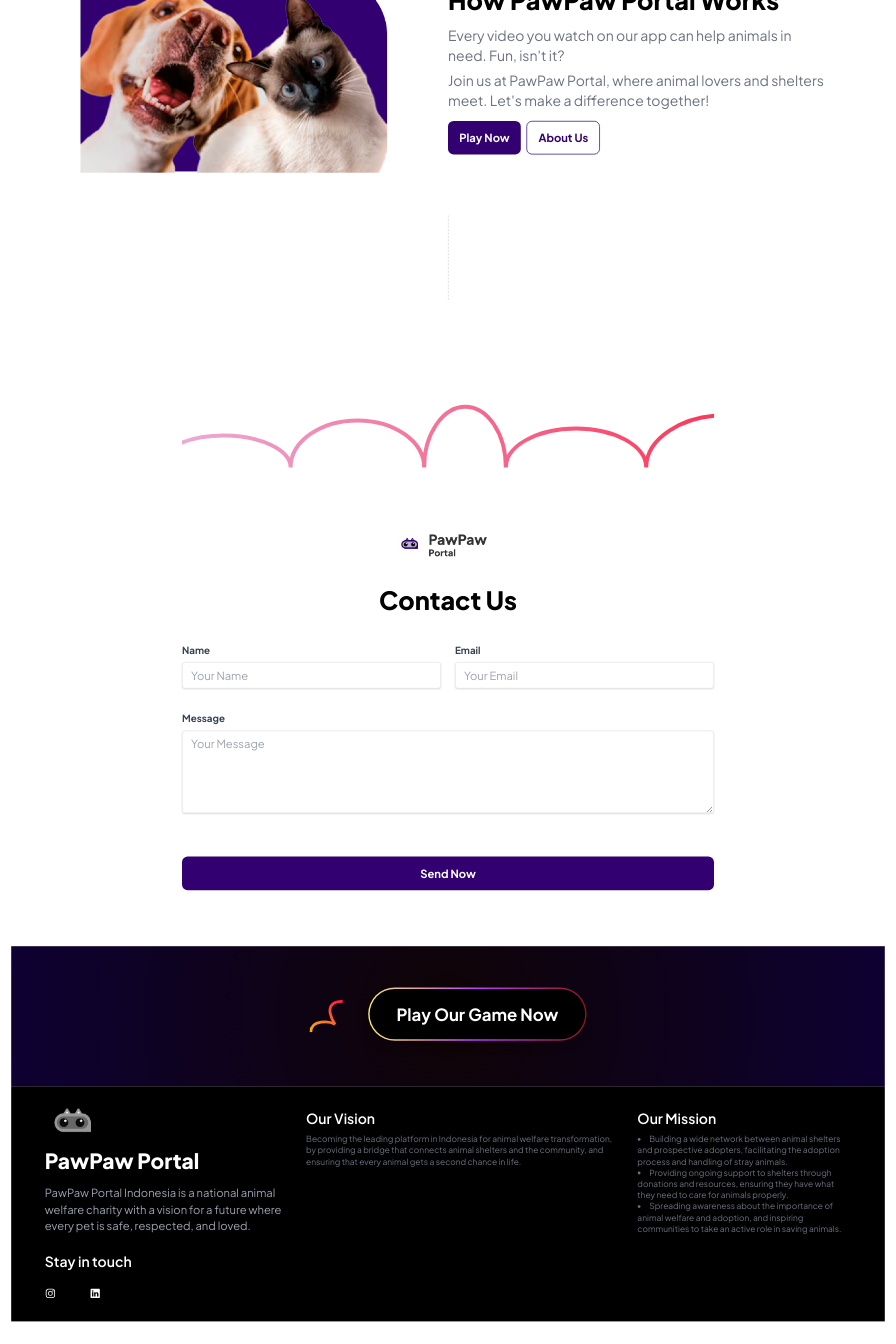
Repository: paskasiregar/pawpawwebsite
Page: /
These files come from the project's save history. The page is drawn as it stood at one moment and after a run of saves; the edit follows.
The browser window is 1280 px wide. The pictures show the part of the page from y = 1314 to 3234 px (the page is 3234 px tall before and 3218 px after), at 70% of full size.
The project was rebuilt for these pictures with package versions that can differ from the ones it lists, and the page was loaded fresh each time. The framework's server and built-in components were replaced by stand-ins that run in the browser. Also part of the build but not shown: next.config.js, next.config.mjs.

Above is the page before, as saved 2024-07-31 14:23:59.

### src/app/layout.js
import { Inter } from "next/font/google";
import "./globals.css";

const inter = Inter({ subsets: ["latin"] });

export const metadata = {
  title: "PawPaw Portal | Your One-Stop Shelter",
  description: "Your One-Stop Shelter",
};

export default function RootLayout({ children }) {
  return (
    <html lang="en">
      <body className={inter.className}>{children}</body>
    </html>
  );
}

### src/app/globals.css
@import url("https://fonts.googleapis.com/css2?family=Plus+Jakarta+Sans:wght@400;600;700;800&display=swap");

@tailwind base;
@tailwind components;
@tailwind utilities;

body {
  font-family: "Plus Jakarta Sans", sans-serif;
}

.hero-bg {
  display: flex;
  background: radial-gradient(
    circle,
    rgb(204, 188, 230) 10%,
    rgb(255, 255, 255) 50%
  );
}

.cta-container {
  display: flex;
  justify-content: center;
  align-items: center;
  position: relative;
  background: radial-gradient(circle, rgb(14, 4, 4) 0%, rgb(14, 1, 51) 100%);
  padding: 20px;
  gap: 20px;
  min-height: 200px;
}

.cta-button {
  display: inline-block;
  padding: 20px 40px;
  font-size: 24px;
  font-weight: bold;
  color: white;
  background: black;
  border-radius: 40px;
  position: relative;
  z-index: 1;
  overflow: hidden;
  transition: all 0.3s ease;
  text-align: center;
}

.cta-button::before {
  content: "";
  position: absolute;
  top: -2px;
  left: -2px;
  right: -2px;
  bottom: -2px;
  background: linear-gradient(
    90deg,
    rgb(255, 244, 97) 0%,
    rgb(187, 61, 255) 50%,
    rgb(142, 23, 23) 100%
  );
  z-index: -1;
  border-radius: inherit;
}

.cta-button::after {
  content: "";
  position: absolute;
  top: 2px;
  left: 2px;
  right: 2px;
  bottom: 2px;
  background: black;
  z-index: -1;
  border-radius: inherit;
}

.cta-button:hover {
  color: rgb(237, 246, 133);
  background: white;
}

.footer-bg {
  background: radial-gradient(circle, rgb(14, 4, 4) 0%, rgb(14, 1, 51) 100%);
  color: white;
  text-align: center;
  padding: 20px;
}

.centeredcontainer {
  width: 100vw;
  height: auto;
}

.main-container {
  width: 100%;
  max-width: 1200px;
  margin: 0 auto;
  padding: 0 20px;
}
.header-content {
  display: flex;
  flex-direction: row;
  align-items: center;
  justify-content: space-between;
}

.header-logo-button {
  display: flex;
  flex-direction: row;
  align-items: center;
  gap: 16px; /* Adjust spacing as needed */
}

html {
  scroll-behavior: smooth;
}

### src/components/contact.jsx
import React from "react";
import PrimaryButton from "@/components/primaryButton";
import NameInput from "./nameInput";
import EmailInput from "./emailInput";
import MessageInput from "./mesageInput";
import Image from "next/image";
import logoHeaderImage from "../assets/banner-10.png";

export const Contact = () => {
  return (
    <div className="font-plus-jakarta flex flex-col items-center justify-center py-16 px-4 md:px-[200px] gap-[40px] text-29xl">
      <div className="flex justify-start items-start">
        <svg
          width="w-auto"
          height="188"
          viewBox="0 0 1620 188"
          fill="none"
          xmlns="http://www.w3.org/2000/svg"
        >
          <path
            d="M1891 188C1891 100.375 1784.67 29.342 1653.5 29.342C1522.34 29.342 1413.53 100.375 1413.53 188C1413.53 122.37 1317.84 69.158 1199.78 69.158C1081.72 69.158 986.029 122.362 986.029 188C986.029 85.8274 930.825 3 862.735 3C794.645 3 737.369 85.8274 737.369 188C737.369 108.853 646.33 44.6865 534.029 44.6865C421.728 44.6865 330.689 108.853 330.689 188C330.689 134.381 239.649 90.9105 127.349 90.9105C15.0481 90.9105 -76 134.381 -76 188"
            stroke="url(#paint0_linear_545_35799)"
            stroke-width="12"
            stroke-miterlimit="10"
            stroke-linejoin="bevel"
          />
          <defs>
            <linearGradient
              id="paint0_linear_545_35799"
              x1="-84.5283"
              y1="91.1699"
              x2="1899.52"
              y2="91.1699"
              gradientUnits="userSpaceOnUse"
            >
              <stop offset="0.0224" stop-color="#EBADD7" />
              <stop offset="1" stop-color="#FF2445" />
            </linearGradient>
          </defs>
        </svg>
      </div>
      <Image
        className="w-36 h-10 object-cover"
        alt="Logo"
        src={logoHeaderImage}
        width={120}
        height={20}
      />
      <div className="flex justify-center text-4xl font-extrabold space-y-4">
        Contact Us
      </div>
      <div className="w-full flex flex-col items-start gap-[16px] text-base text-light-l800 font-regular-reg-2">
        <div className="w-full flex flex-col md:flex-row gap-[20px]">
          <div className="w-full md:w-1/2">
            <NameInput className="w-full" />
          </div>
          <div className="w-full md:w-1/2">
            <EmailInput className="w-full" />
          </div>
        </div>
        <div className="w-full">
          <MessageInput className="w-full" />
        </div>
      </div>
      <PrimaryButton>Send Now</PrimaryButton>
    </div>
  );
};

export default Contact;

### src/components/divider.jsx
export const Divider = () => {
  return (
    <div className="self-stretch h-[195px] flex flex-row items-center justify-center py-16 px-[130px] box-border">
      <div className="w-px relative box-border h-[121px] border-r-[1px] border-dashed border-gray-300" />
    </div>
  );
};

### src/components/footer.jsx
import Link from "next/link";
import React from "react";
import Image from "next/image";
import logoFooterImage from "../assets/inverse.png";

export const Footer = () => {
  return (
    <div className="font-plus-jakarta w-full flex bg-black">
      <div className="font-plus-jakarta w-full flex flex-col items-center bg-black py-8 px-4">
        <div className="max-w-6xl w-full mx-auto space-y-6">
          {/* Footer Header */}
          <div className="flex flex-col md:flex-row items-center md:items-start md:justify-between mb-6">
            <div className="space-y-4">
              <Image
                className="w-20 h-10 object-cover"
                alt="Logo"
                src={logoFooterImage}
                width={80}
                height={80}
              />
              <div className="space-y-4">
                <div className="text-white text-3xl font-extrabold">
                  PawPaw Portal
                </div>
                <p className="text-med text-gray-400">
                  PawPaw Portal Indonesia is a national animal welfare charity
                  with a vision for a future where every pet is safe, respected,
                  and loved.
                </p>
              </div>
            </div>

            {/* Vision and Mission */}
            <div className="flex flex-col md:flex-row mt-4 md:mt-0 space-y-4 md:space-y-0 md:space-x-8">
              <div className="space-y-2">
                <div className="font-semibold text-xl text-white">
                  Our Vision
                </div>
                <div className="text-xs text-gray-500">
                  Becoming the leading platform in Indonesia for animal welfare
                  transformation, by providing a bridge that connects animal
                  shelters and the community, and ensuring that every animal
                  gets a second chance in life.
                </div>
              </div>
              <div className="space-y-2">
                <div className="font-semibold text-xl text-white">
                  Our Mission
                </div>
                <div className="text-xs text-gray-500">
                  <ol className="list-inside list-disc">
                    <li>
                      Building a wide network between animal shelters and
                      prospective adopters, facilitating the adoption process
                      and handling of stray animals.
                    </li>
                    <li>
                      Providing ongoing support to shelters through donations
                      and resources, ensuring they have what they need to care
                      for animals properly.
                    </li>
                    <li>
                      Spreading awareness about the importance of animal welfare
                      and adoption, and inspiring communities to take an active
                      role in saving animals.
                    </li>
                  </ol>
                </div>
              </div>
            </div>
          </div>
          {/* social media */}
          <div className="text-xl font-semibold mb-4 text-white">
            Stay in touch
          </div>
          <div className="flex space-x-4">
            <Link href="https://www.instagram.com/pawpawportal">
              <svg
                xmlns="http://www.w3.org/2000/svg"
                width="1em"
                height="1em"
                viewBox="0 0 24 24"
              >
                <path
                  fill="white"
                  d="M17.34 5.46a1.2 1.2 0 1 0 1.2 1.2a1.2 1.2 0 0 0-1.2-1.2m4.6 2.42a7.59 7.59 0 0 0-.46-2.43a4.94 4.94 0 0 0-1.16-1.77a4.7 4.7 0 0 0-1.77-1.15a7.3 7.3 0 0 0-2.43-.47C15.06 2 14.72 2 12 2s-3.06 0-4.12.06a7.3 7.3 0 0 0-2.43.47a4.78 4.78 0 0 0-1.77 1.15a4.7 4.7 0 0 0-1.15 1.77a7.3 7.3 0 0 0-.47 2.43C2 8.94 2 9.28 2 12s0 3.06.06 4.12a7.3 7.3 0 0 0 .47 2.43a4.7 4.7 0 0 0 1.15 1.77a4.78 4.78 0 0 0 1.77 1.15a7.3 7.3 0 0 0 2.43.47C8.94 22 9.28 22 12 22s3.06 0 4.12-.06a7.3 7.3 0 0 0 2.43-.47a4.7 4.7 0 0 0 1.77-1.15a4.85 4.85 0 0 0 1.16-1.77a7.59 7.59 0 0 0 .46-2.43c0-1.06.06-1.4.06-4.12s0-3.06-.06-4.12M20.14 16a5.61 5.61 0 0 1-.34 1.86a3.06 3.06 0 0 1-.75 1.15a3.19 3.19 0 0 1-1.15.75a5.61 5.61 0 0 1-1.86.34c-1 .05-1.37.06-4 .06s-3 0-4-.06a5.73 5.73 0 0 1-1.94-.3a3.27 3.27 0 0 1-1.1-.75a3 3 0 0 1-.74-1.15a5.54 5.54 0 0 1-.4-1.9c0-1-.06-1.37-.06-4s0-3 .06-4a5.54 5.54 0 0 1 .35-1.9A3 3 0 0 1 5 5a3.14 3.14 0 0 1 1.1-.8A5.73 5.73 0 0 1 8 3.86c1 0 1.37-.06 4-.06s3 0 4 .06a5.61 5.61 0 0 1 1.86.34a3.06 3.06 0 0 1 1.19.8a3.06 3.06 0 0 1 .75 1.1a5.61 5.61 0 0 1 .34 1.9c.05 1 .06 1.37.06 4s-.01 3-.06 4M12 6.87A5.13 5.13 0 1 0 17.14 12A5.12 5.12 0 0 0 12 6.87m0 8.46A3.33 3.33 0 1 1 15.33 12A3.33 3.33 0 0 1 12 15.33"
                />
              </svg>
            </Link>
            <Link href="https://twitter.com/pawpawportal">
              <svg
                xmlns="http://www.w3.org/2000/svg"
                width="1em"
                height="1em"
                viewBox="0 0 24 24"
              >
                <g fill="white">
                  <path d="M1 2h2.5L3.5 2h-2.5z">
                    <animate
                      fill="freeze"
                      attributeName="d"
                      dur="0.4s"
                      values="M1 2h2.5L3.5 2h-2.5z;M1 2h2.5L18.5 22h-2.5z"
                    />
                  </path>
                  <path d="M5.5 2h2.5L7.2 2h-2.5z">
                    <animate
                      fill="freeze"
                      attributeName="d"
                      dur="0.4s"
                      values="M5.5 2h2.5L7.2 2h-2.5z;M5.5 2h2.5L23 22h-2.5z"
                    />
                  </path>
                  <path d="M3 2h5v0h-5z" opacity="0">
                    <set attributeName="opacity" begin="0.4s" to="1" />
                    <animate
                      fill="freeze"
                      attributeName="d"
                      begin="0.4s"
                      dur="0.4s"
                      values="M3 2h5v0h-5z;M3 2h5v2h-5z"
                    />
                  </path>
                  <path d="M16 22h5v0h-5z" opacity="0">
                    <set attributeName="opacity" begin="0.4s" to="1" />
                    <animate
                      fill="freeze"
                      attributeName="d"
                      begin="0.4s"
                      dur="0.4s"
                      values="M16 22h5v0h-5z;M16 22h5v-2h-5z"
                    />
                  </path>
                  <path d="M18.5 2h3.5L22 2h-3.5z" opacity="0">
                    <set attributeName="opacity" begin="0.5s" to="1" />
                    <animate
                      fill="freeze"
                      attributeName="d"
                      begin="0.5s"
                      dur="0.4s"
                      values="M18.5 2h3.5L22 2h-3.5z;M18.5 2h3.5L5 22h-3.5z"
                    />
                  </path>
                </g>
              </svg>
            </Link>
            <Link href="https://www.linkedin.com/company/pawpawportal">
              <svg
                xmlns="http://www.w3.org/2000/svg"
                width="1em"
                height="1em"
                viewBox="0 0 24 24"
              >
                <path
                  fill="white"
                  d="M20.47 2H3.53a1.45 1.45 0 0 0-1.47 1.43v17.14A1.45 1.45 0 0 0 3.53 22h16.94a1.45 1.45 0 0 0 1.47-1.43V3.43A1.45 1.45 0 0 0 20.47 2M8.09 18.74h-3v-9h3ZM6.59 8.48a1.56 1.56 0 1 1 0-3.12a1.57 1.57 0 1 1 0 3.12m12.32 10.26h-3v-4.83c0-1.21-.43-2-1.52-2A1.65 1.65 0 0 0 12.85 13a2 2 0 0 0-.1.73v5h-3v-9h3V11a3 3 0 0 1 2.71-1.5c2 0 3.45 1.29 3.45 4.06Z"
                />
              </svg>
            </Link>
          </div>
        </div>
      </div>
    </div>
  );
};

export default Footer;

### src/components/header.jsx
import Link from "next/link";
import PrimaryButton from "@/components/primaryButton";
import React from "react";
import Image from "next/image";
import logoHeaderImage from "../assets/banner-10.png";

export const Header = () => {
  return (
    <div className="font-plus-jakarta w-full flex flex-col items-center justify-center text-left text-gray-500">
      <div className="self-stretch bg-white flex flex-col items-center justify-center text-sm">
        <div className="w-full header-content p-2.5 box-border">
          <Link href="/">
            <Image
              className="w-36 h-10 object-cover"
              alt="Logo"
              src={logoHeaderImage}
              width={120}
              height={20}
            />
          </Link>
          <div className="hidden md:flex flex-row items-center justify-center gap-8">
            <div>
              <Link href="#how-it-works">How It Works</Link>
            </div>
            <div>
              <Link href="#about-us">About Us</Link>
            </div>
          </div>
          <div className="header-logo-button">
            <PrimaryButton>Be Our Hero Today!</PrimaryButton>
          </div>
        </div>
      </div>
    </div>
  );
};

export default Header;

### src/components/CTA.jsx
import React from "react";
import Link from "next/link";

const CTA = () => {
  return (
    <div className="cta-container font-plus-jakarta p-4 md:p-8 flex flex-col md:flex-row items-center justify-center">
      <svg
        className="cta-decoration mb-4 md:mb-0 md:mr-4"
        width="48"
        height="46"
        viewBox="0 0 48 46"
        fill="none"
        xmlns="http://www.w3.org/2000/svg"
      >
        <path
          d="M2 46C2 27.296 29.551 30.0086 36.5736 34.5625C36.5736 34.5625 14.4611 2 47.5714 2"
          stroke="url(#cta_gradient)"
          strokeWidth="3.92857"
          strokeMiterlimit="10"
          strokeLinejoin="bevel"
        />
        <defs>
          <linearGradient
            id="cta_gradient"
            x1="37.3571"
            y1="2"
            x2="7.5"
            y2="46"
            gradientUnits="userSpaceOnUse"
          >
            <stop stopColor="#FF2445" />
            <stop offset="1" stopColor="#F5AB0E" />
          </linearGradient>
        </defs>
      </svg>
      <Link href="/game">
        <div className="cta-button text-center bg-gradient-to-r from-orange-500 to-pink-500 text-white font-bold py-2 px-4 rounded-lg shadow-lg cursor-pointer">
          Play Our Game Now
        </div>
      </Link>
    </div>
  );
};

export default CTA;

### src/components/primaryButton.jsx
import React from "react";

const PrimaryButton = ({ children, onClick }) => {
  return (
    <button
      className="self-stretch  bg-inherit-320071 hover:bg-blue-700 text-white font-bold px-4 py-3 rounded-lg"
      onClick={onClick}
    >
      {children}
    </button>
  );
};

export default PrimaryButton;

### src/components/secButton.jsx
import React from "react";

const SecButton = ({ children, onClick }) => {
  return (
    <button
      className="bg-white border border-inherit-320071 text-inherit-320071 font-bold py-2 px-4 rounded-lg"
      onClick={onClick}
    >
      {children}
    </button>
  );
};

export default SecButton;

### src/components/nameInput.jsx
import React from "react";

const NameInput = ({ value, onChange }) => {
  return (
    <div className="mb-4">
      <label
        className="block text-gray-700 text-sm font-bold mb-2"
        htmlFor="name"
      >
        Name
      </label>
      <input
        id="name"
        type="text"
        value={value}
        onChange={onChange}
        className="shadow appearance-none border rounded w-full py-2 px-3 text-gray-700 leading-tight focus:outline-none focus:shadow-outline"
        placeholder="Your Name"
      />
    </div>
  );
};

export default NameInput;

### src/components/emailInput.jsx
import React from "react";

const EmailInput = ({ value, onChange }) => {
  return (
    <div className="mb-4">
      <label
        className="block text-gray-700 text-sm font-bold mb-2"
        htmlFor="email"
      >
        Email
      </label>
      <input
        id="email"
        type="email"
        value={value}
        onChange={onChange}
        className="shadow appearance-none border rounded w-full py-2 px-3 text-gray-700 leading-tight focus:outline-none focus:shadow-outline"
        placeholder="Your Email"
      />
    </div>
  );
};

export default EmailInput;

### src/components/mesageInput.jsx
import React from "react";

const MessageInput = ({ value, onChange }) => {
  return (
    <div className="mb-4">
      <label
        className="block text-gray-700 text-sm font-bold mb-2"
        htmlFor="message"
      >
        Message
      </label>
      <textarea
        id="message"
        value={value}
        onChange={onChange}
        className="shadow appearance-none border rounded w-full py-2 px-3 text-gray-700 leading-tight focus:outline-none focus:shadow-outline"
        placeholder="Your Message"
        rows="5"
      />
    </div>
  );
};

export default MessageInput;

Loaded but not shown: src/app/page.js (128 lines, source omitted); tailwind.config.js (24 lines, source omitted); src/components/hero.jsx (211 lines, source omitted)

After the next 2 saves:
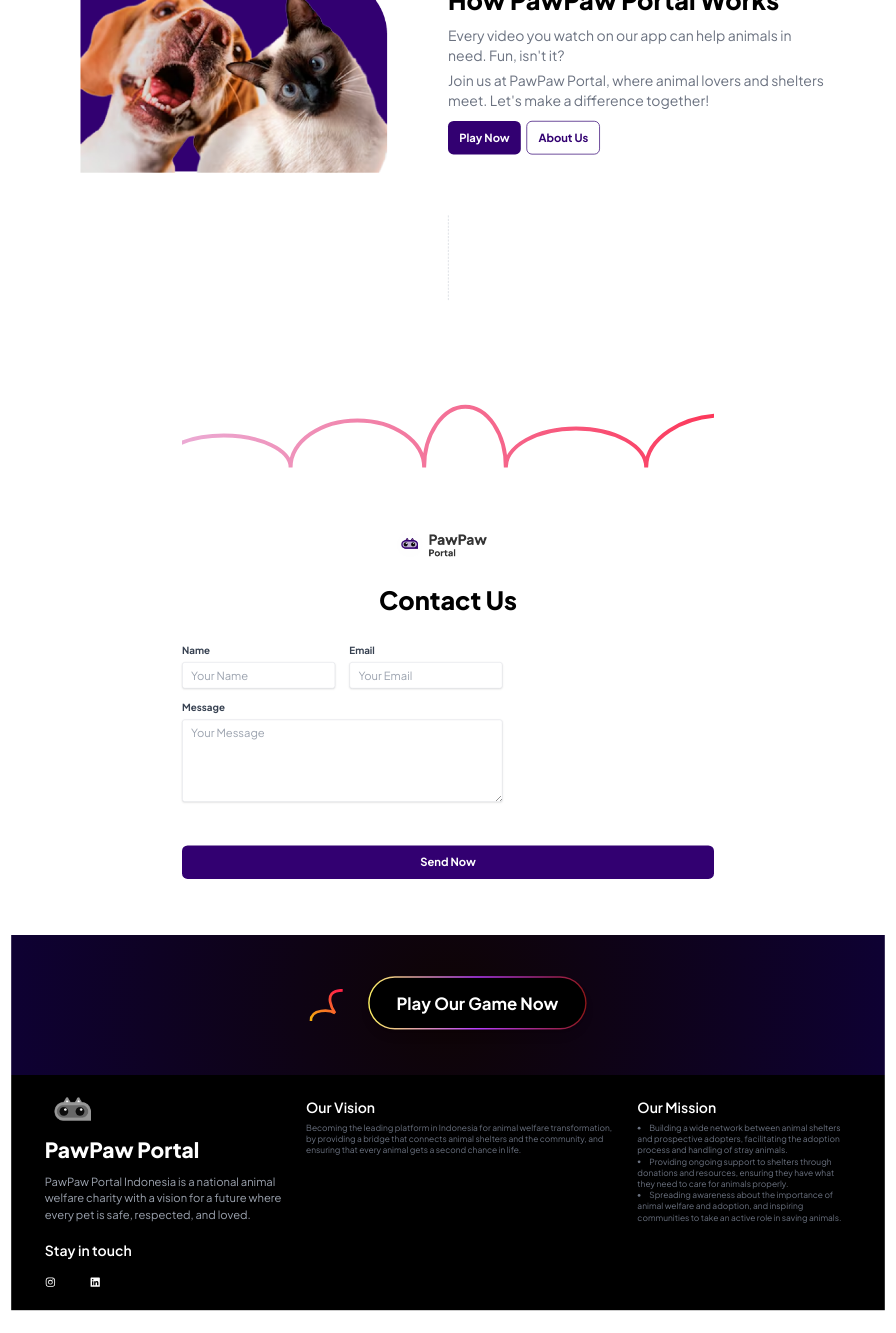
The 2 saves are shown as one change because 1 did not build or start.
The last was saved 4 min 43 s later.
--- a/src/components/contact.jsx
+++ b/src/components/contact.jsx
@@ -50,17 +50,19 @@ export const Contact = () => {
         Contact Us
       </div>
       <div className="w-full flex flex-col items-start gap-[16px] text-base text-light-l800 font-regular-reg-2">
-        <div className="w-full flex flex-col md:flex-row gap-[20px]">
-          <div className="w-full md:w-1/2">
-            <NameInput className="w-full" />
+        <form>
+          <div className="w-full flex flex-col md:flex-row gap-[20px]">
+            <div className="w-full md:w-1/2">
+              <NameInput className="w-full" />
+            </div>
+            <div className="w-full md:w-1/2">
+              <EmailInput className="w-full" />
+            </div>
           </div>
-          <div className="w-full md:w-1/2">
-            <EmailInput className="w-full" />
+          <div className="w-full">
+            <MessageInput className="w-full" />
           </div>
-        </div>
-        <div className="w-full">
-          <MessageInput className="w-full" />
-        </div>
+        </form>
       </div>
       <PrimaryButton>Send Now</PrimaryButton>
     </div>
